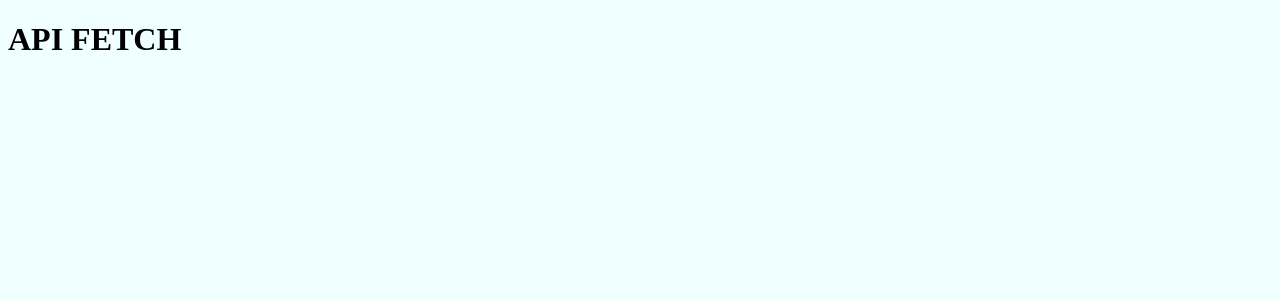
Repository: Kepsondiaz/FetchApiPostalCode
Page: index.html
An editor plug-in stored every save of this project. The page is shown before and after the next save, followed by the edit.
The browser window is 1280 px wide. The pictures show the whole page.

Above is the page before, as saved 2022-12-06 14:54:21.

After the next save:
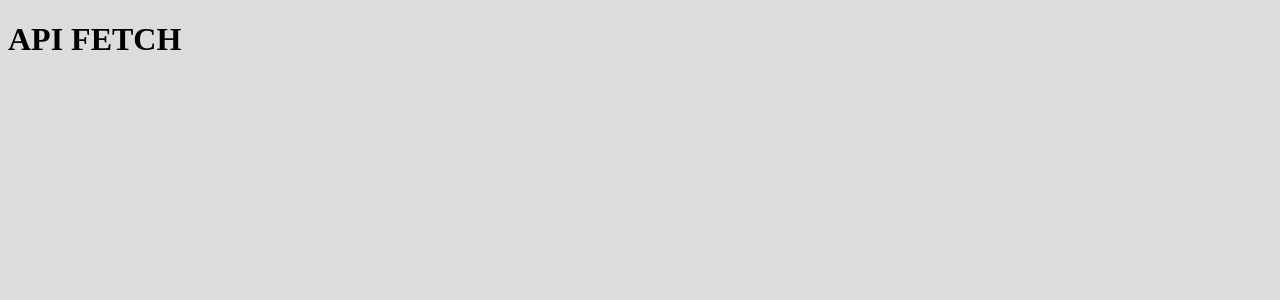
Saved 53 s later.
--- a/index.html
+++ b/index.html
@@ -9,7 +9,7 @@
     <title>Document</title>
     <style>
         body{
-            background-color: azure;
+            background-color: gainsboro;
         }
     </style>
 </head>
